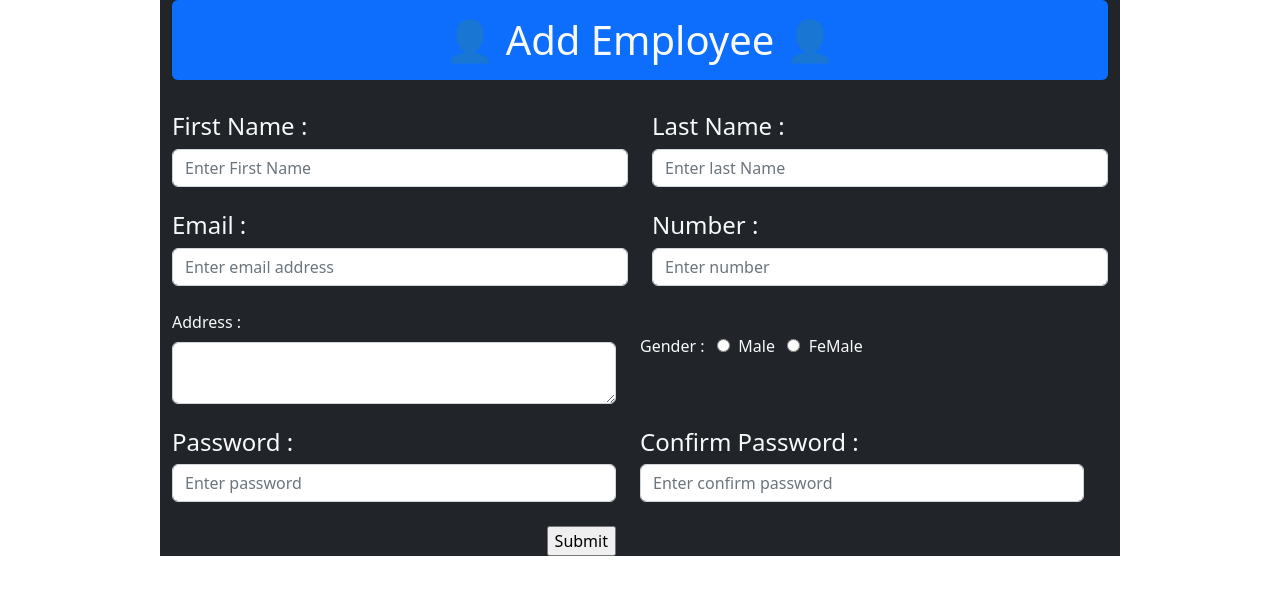
Repository: Rahulkathiriya/java-assignment-and-assesment
Page: http://localhost/web007_assesment_employee_Management_System/addEmployee.jsp
An editor plug-in stored every save of this project. The page is shown before and after the next save, followed by the edit.
The browser window is 1280 px wide. The pictures show the whole page.
The page is served by Tomcat 9. Other server files are loaded and not shown.

Above is the page before, as saved 2022-11-17 15:53:51.

### web007_assesment_employee_Management_System/src/main/webapp/addEmployee.jsp
<%@ page language="java" contentType="text/html; charset=UTF-8"
	pageEncoding="UTF-8"%>
<!DOCTYPE html>
<html>
<head>
<!-- CSS only -->
<link
	href="https://cdn.jsdelivr.net/npm/bootstrap@5.2.0/dist/css/bootstrap.min.css"
	rel="stylesheet"
	integrity="sha384-gH2yIJqKdNHPEq0n4Mqa/HGKIhSkIHeL5AyhkYV8i59U5AR6csBvApHHNl/vI1Bx"
	crossorigin="anonymous">
<!-- <-- JavaScript Bundle with Popper -->
<script
	src="https://cdn.jsdelivr.net/npm/bootstrap@5.2.0/dist/js/bootstrap.bundle.min.js"
	integrity="sha384-A3rJD856KowSb7dwlZdYEkO39Gagi7vIsF0jrRAoQmDKKtQBHUuLZ9AsSv4jD4Xa"
	crossorigin="anonymous"></script>

<!--  	j-Queary cdn -->
<script
	src="https://cdnjs.cloudflare.com/ajax/libs/jquery/3.6.1/jquery.min.js"
	integrity="sha512-aVKKRRi/Q/YV+4mjoKBsE4x3H+BkegoM/em46NNlCqNTmUYADjBbeNefNxYV7giUp0VxICtqdrbqU7iVaeZNXA=="
	crossorigin="anonymous" referrerpolicy="no-referrer"></script>
<meta charset="UTF-8">
<title>add Employee</title>
<style type="text/css">
.form-control:focus {
	border-color: none !important;
	box-shadow: none !important;
}
</style>
</head>
<body>

	<div class="container bg-dark text-light m-auto w-75">
		<div class="h1 text-center bg-primary rounded p-3">👤 Add
			Employee 👤</div>
		<br>
		<form action="">
			<div class="row">
				<div class="col col-sm-12 col-md-6 col-lg-6">
					<label class=" h4 form-label" for="fname">First Name :</label> <input
						type="text" id="fname" name="fname" class="form-control"
						placeholder="Enter First Name">
				</div>
				<div class="col col-sm-12 col-md-6 col-lg-6">
					<label class=" h4 form-label" for="lname">Last Name :</label> <input
						type="text" id="lname" name="lname" class="form-control"
						placeholder="Enter last Name">
				</div>
			</div>
			<br>
			<div class="row">
				<div class="col col-sm-12 col-md-6 col-lg-6">
					<label class=" h4 form-label" for="email">Email :</label> <input
						type="email" id="email" name="email" class="form-control"
						placeholder="Enter email address">
				</div>
				<div class="col col-sm-12 col-md-6 col-lg-6">
					<label class=" h4 form-label" for="number">Number :</label> <input
						type="text" id="number" name="number" class="form-control"
						placeholder="Enter number">
				</div>

				<div class="row mt-4">
					<div class="col col-sm-12 col-md-6 col-lg-6">
						<label class="form-label">Address : </label>
						<textarea rows="" cols="" class="form-control" id="address"></textarea>
					</div>
					<div class="col col-sm-12 col-md-6 col-lg-6 mt-4">
						<label class="form-label" for="gender">Gender :</label> &nbsp; <input
							type="radio" name="gender" value="male"> &nbsp;Male
						&nbsp; <input type="radio" name="gender" value="male">
						&nbsp;FeMale
					</div>
				</div>
				<div class="row mt-4">
					<div class="col col-sm-12 col-md-6 col-lg-6">
						<label class=" h4 form-label" for="password">Password :</label> <input
							type="text" id="password" name="password" class="form-control"
							placeholder="Enter password">
					</div>
					<div class="col col-sm-12 col-md-6 col-lg-6">
						<label class=" h4 form-label" for="conpass">Confirm
							Password :</label> <input type="text" id="conpass" name="conpass"
							class="form-control" placeholder="Enter confirm password">
					</div>
				</div>
				<div class="row mt-4">
			<div class="col col-sm-12 col-md-6 col-lg-6 text-end">
				 <input type="submit">

			</div>
			<div class="col col-sm-12 col-md-6 col-lg-6 text-start">

			</div>
		</div>
		</form>

	</div>



	</div>

















</body>
</html>

After the next save:
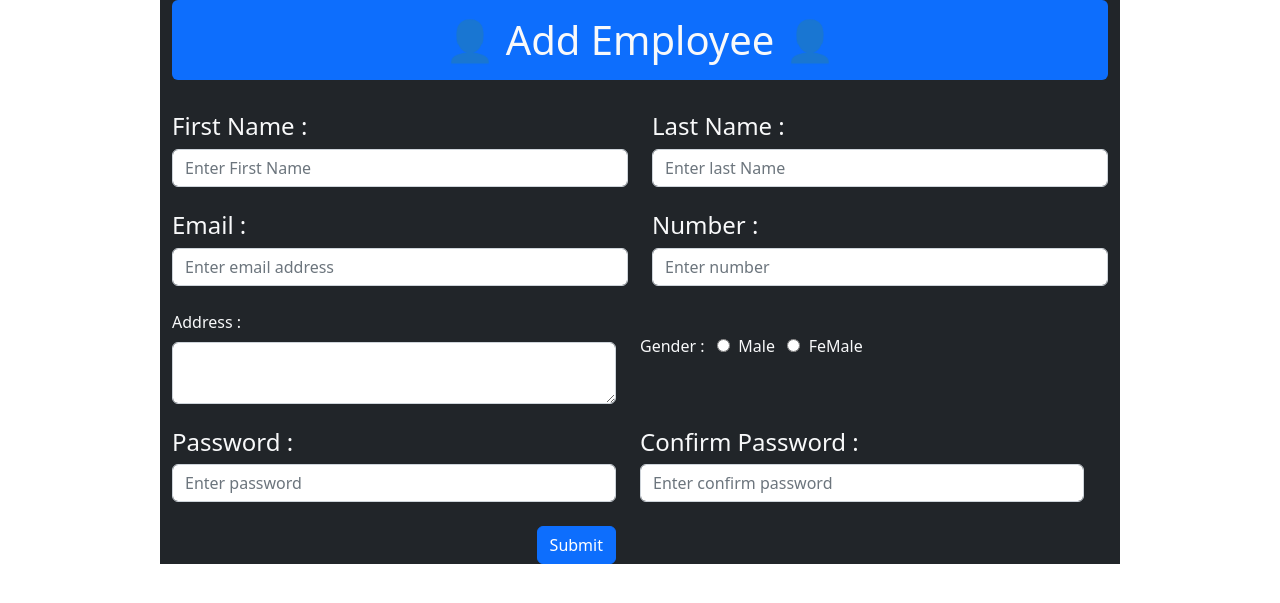
Saved 14 s later.
--- a/web007_assesment_employee_Management_System/src/main/webapp/addEmployee.jsp
+++ b/web007_assesment_employee_Management_System/src/main/webapp/addEmployee.jsp
@@ -87,7 +87,7 @@
 				</div>
 				<div class="row mt-4">
 			<div class="col col-sm-12 col-md-6 col-lg-6 text-end">
-				 <input type="submit">
+				 <input type="submit" class="btn btn-primary">
 
 			</div>
 			<div class="col col-sm-12 col-md-6 col-lg-6 text-start">
